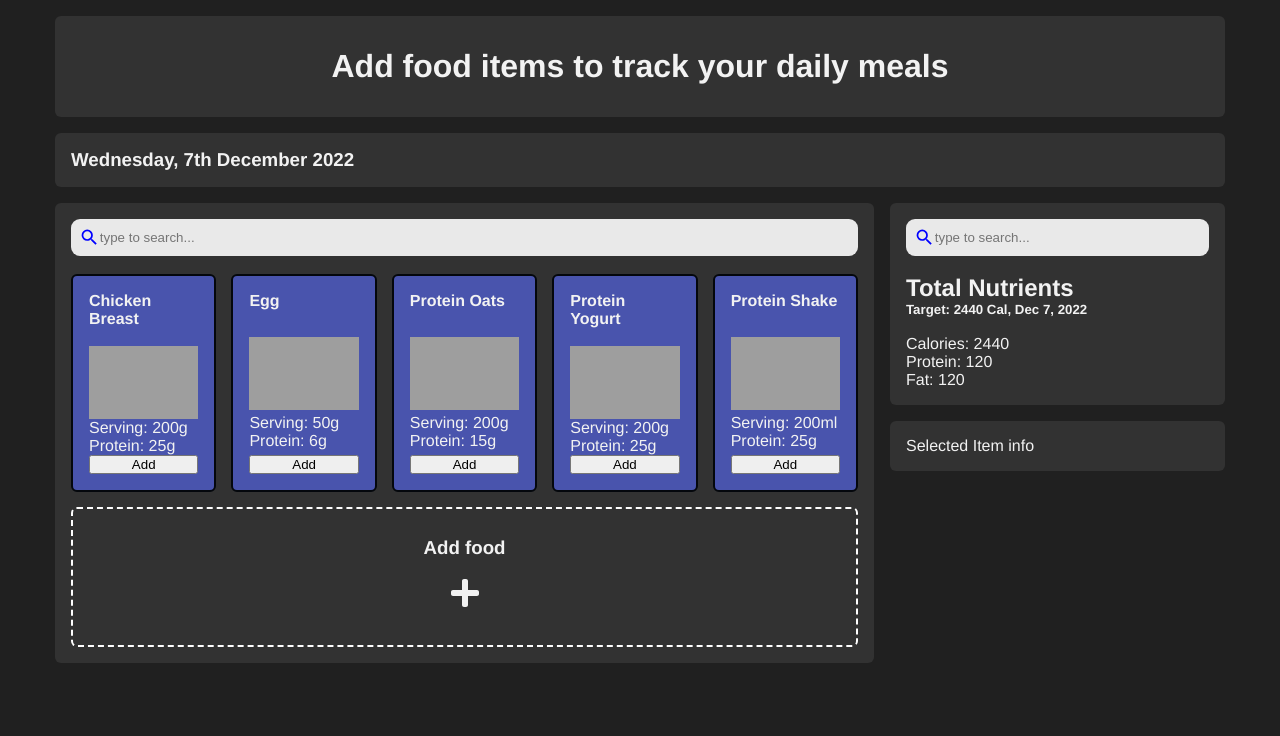
Repository: CEEPREL/NutritionTracker
Page: /
These files come from the project's save history. The page is drawn as it stood at one moment and after a run of saves; the edit follows.
The browser window is 1280 px wide. The pictures show the whole page.
Pictures or frames that could not be fetched are drawn as grey boxes. The project was rebuilt for these pictures with package versions that can differ from the ones it lists, and the page was loaded fresh each time. Also part of the build but not shown: vite.config.js.

Above is the page before, as saved 2022-12-08 20:09:04.

After the next 5 saves:
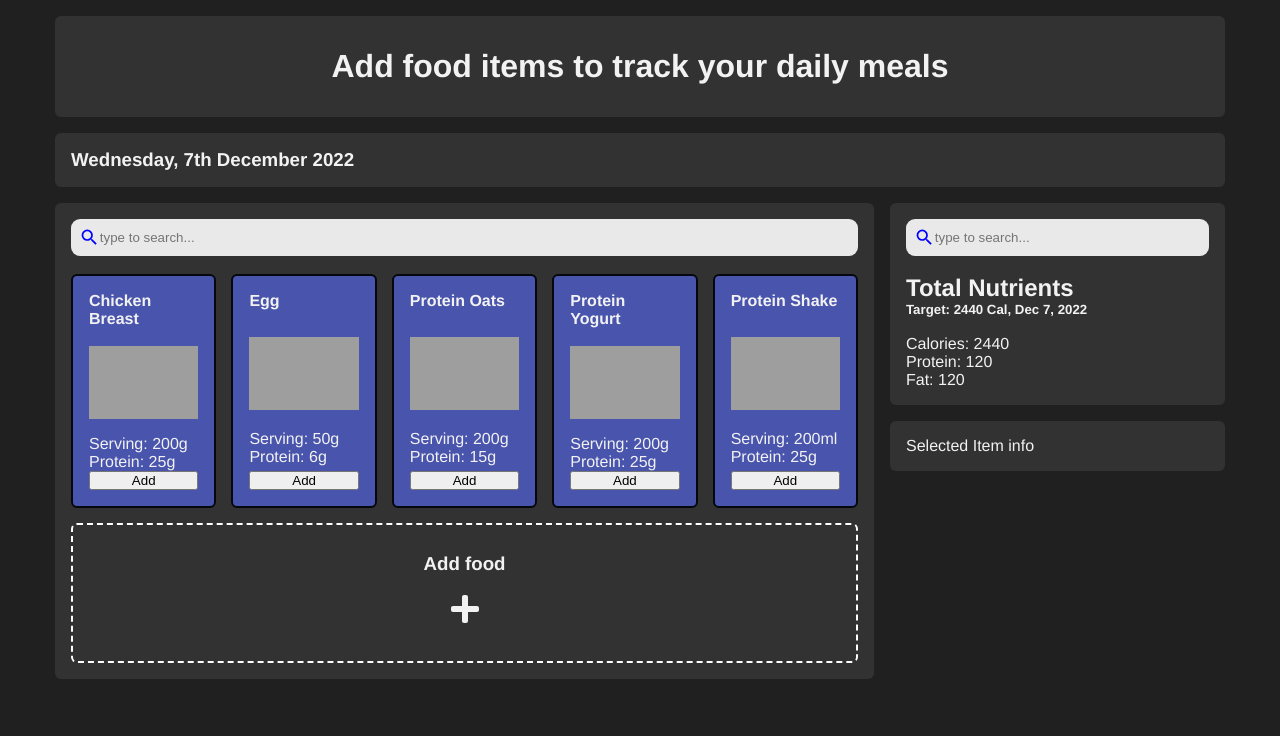
The 5 saves are shown as one change because they came seconds apart.
The last was saved 27 s later.
--- a/src/App.css
+++ b/src/App.css
@@ -88,6 +88,10 @@ body {
 
 }
 
+.food-nutrients {
+  padding-top: 1rem;
+  padding-top: 1rem;
+}
 .new-card{
   min-height:140px;
   min-width:  18rem;
